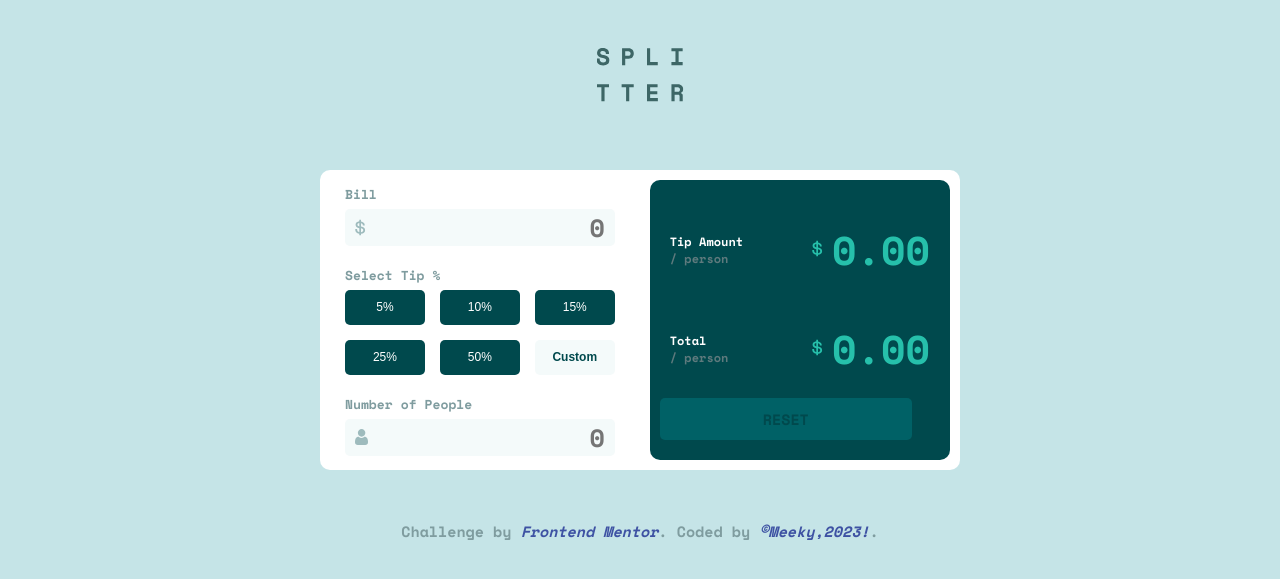
Repository: MeekyBerry/Frontend-Mentor-Challenges
Page: tip-calculator-app/index.html
An editor plug-in stored every save of this project. The page is shown before and after the next save, followed by the edit.
The browser window is 1280 px wide. The pictures show the whole page.

Above is the page before, as saved 2023-04-07 21:27:43.

### tip-calculator-app/index.html
<!DOCTYPE html>
<html lang="en">

<head>
  <meta charset="UTF-8">
  <meta name="viewport" content="width=device-width, initial-scale=1.0">
  <link rel="icon" type="image/png" sizes="32x32" href="./css/images/favicon-32x32.png">
  <title> Tip calculator app</title>
  <link rel="stylesheet" href="./css/style.css">
  <script src="./script.js" defer></script>
</head>

<body>
  <div class="heading-logo">
    <img src="./css/images/logo.svg" alt="Logo" class="logo">
  </div>

  <form id="form" class="background">
    <div class="first-container">
      <div class="first-container__content">
        <label for="bill">Bill</label>
        <input type="number" id="bill" placeholder="0" class="bill-input__img input-bar">
      </div>

      <div class="tip">
        <div class="tip--heading">Select Tip %</div>
        <div class="percent-container">
          <button type="button" class="percent five">5%</button>
          <button type="button" class="percent ten">10%</button>
          <button type="button" class="percent fiftheen">15%</button>
          <button type="button" class="percent twenty-five">25%</button>
          <button type="button" class="percent fifty">50%</button>
          <button type="button" class="percent custom" id="cst-btn">Custom</button>
        </div>
      </div>
      <div class="first-container__content">
        <div class="people-validate">
          <label for="number">Number of People</label>
          <span id="validate" class="people-zero">Can't be zero</span>
        </div>
        <!-- <div class="icon-box"> -->
          <input type="number" id="people" class="people-input__img input-bar" placeholder="0">
        <!-- </div> -->
      </div>
    </div>

    <div class="second-container">
      <div class="amount">
        <p class="total">Tip Amount <span class="person">/ person</span></p>
        <div class="digit">
          <svg xmlns="http://www.w3.org/2000/svg" >
            <path fill="var(--Strong-cyan)"
              d="M6.016 16.328v-1.464c1.232-.08 2.22-.444 2.964-1.092.744-.648 1.116-1.508 1.116-2.58v-.144c0-.992-.348-1.772-1.044-2.34-.696-.568-1.708-.932-3.036-1.092V4.184c.56.144 1.012.4 1.356.768.344.368.516.816.516 1.344v.288h1.824v-.432c0-.448-.088-.876-.264-1.284a3.783 3.783 0 00-.744-1.116A4.251 4.251 0 007.54 2.9a5.324 5.324 0 00-1.524-.492V.872H4.288V2.36a5.532 5.532 0 00-1.416.324c-.448.168-.84.392-1.176.672-.336.28-.604.616-.804 1.008-.2.392-.3.844-.3 1.356v.144c0 .96.316 1.708.948 2.244.632.536 1.548.884 2.748 1.044v3.912c-.704-.16-1.248-.472-1.632-.936-.384-.464-.576-1.08-.576-1.848v-.288H.256v.576c0 .464.08.924.24 1.38.16.456.404.88.732 1.272.328.392.744.728 1.248 1.008s1.108.476 1.812.588v1.512h1.728zM4.288 7.424c-.688-.128-1.164-.332-1.428-.612-.264-.28-.396-.644-.396-1.092 0-.464.176-.832.528-1.104.352-.272.784-.448 1.296-.528v3.336zm1.728 5.712V9.344c.768.128 1.328.328 1.68.6.352.272.528.688.528 1.248 0 .544-.196.984-.588 1.32-.392.336-.932.544-1.62.624z" />
          </svg>
          <span id="tip-amount" class="amount-span">0.00</span>
        </div>
      </div>

      <div class="amount">
        <p class="total">Total <span class="person">/ person</span></p>
        <div class="digit">
          <svg xmlns="http://www.w3.org/2000/svg">
            <path fill="var(--Strong-cyan)"
              d="M6.016 16.328v-1.464c1.232-.08 2.22-.444 2.964-1.092.744-.648 1.116-1.508 1.116-2.58v-.144c0-.992-.348-1.772-1.044-2.34-.696-.568-1.708-.932-3.036-1.092V4.184c.56.144 1.012.4 1.356.768.344.368.516.816.516 1.344v.288h1.824v-.432c0-.448-.088-.876-.264-1.284a3.783 3.783 0 00-.744-1.116A4.251 4.251 0 007.54 2.9a5.324 5.324 0 00-1.524-.492V.872H4.288V2.36a5.532 5.532 0 00-1.416.324c-.448.168-.84.392-1.176.672-.336.28-.604.616-.804 1.008-.2.392-.3.844-.3 1.356v.144c0 .96.316 1.708.948 2.244.632.536 1.548.884 2.748 1.044v3.912c-.704-.16-1.248-.472-1.632-.936-.384-.464-.576-1.08-.576-1.848v-.288H.256v.576c0 .464.08.924.24 1.38.16.456.404.88.732 1.272.328.392.744.728 1.248 1.008s1.108.476 1.812.588v1.512h1.728zM4.288 7.424c-.688-.128-1.164-.332-1.428-.612-.264-.28-.396-.644-.396-1.092 0-.464.176-.832.528-1.104.352-.272.784-.448 1.296-.528v3.336zm1.728 5.712V9.344c.768.128 1.328.328 1.68.6.352.272.528.688.528 1.248 0 .544-.196.984-.588 1.32-.392.336-.932.544-1.62.624z" />
          </svg>
          <span id="total-amount" class="amount-span">0.00</span>
        </div>
      </div>
      <div class="btn-wrapper">
        <button type="reset" id="reset" class="btn">Reset</button>
      </div>
    </div>
  </form>

  <div class="attribution">
    Challenge by <a href="https://www.frontendmentor.io?ref=challenge" target="_blank">Frontend Mentor</a>.
    Coded by <a href="https://www.linkedin.com/in/mikkylanky/" target="_blank">&copy;Meeky,2023!</a>.
  </div>
</body>

</html>

### tip-calculator-app/css/style.css
@import url("https://fonts.googleapis.com/css2?family=Space+Mono:wght@400;700&display=swap");

:root {
  /* ### Primary */
  --Strong-cyan: hsl(172, 67%, 45%);
  /* ### Neutral */
  --Very-dark-cyan: hsl(183, 100%, 15%);
  --Dark-grayish-cyan: hsl(186, 14%, 43%);
  --Grayish-cyan: hsl(184, 14%, 56%);
  --Light-grayish-cyan: hsl(185, 41%, 84%);
  --Very-light-grayish-cyan: hsl(189, 41%, 97%);
  --White: hsl(0, 0%, 100%);
  --dark-blue: hsl(228, 45%, 44%);
}

html {
  font-size: 50%;
}

*,
::before,
::after {
  margin: 0;
  padding: 0;
  box-sizing: border-box;
}

body {
  font-size: 1.8rem;
  font-family: "Space Mono", sans-serif;
  font-weight: 700;
  background-color: var(--Light-grayish-cyan);
  color: var(--Grayish-cyan);
  height: 100%;
  width: 100%;
}

.heading-logo {
  height: 15rem;
  width: 100%;
  position: relative;
}

.logo {
  position: absolute;
  top: 50%;
  left: 50%;
  transform: translate(-50%, -50%);
}

.background {
  display: flex;
  flex-direction: column;
  justify-content: space-around;
  gap: 1rem;
  background-color: var(--White);
  height: 100%;
  width: 60%;
  border-radius: 1rem;
  padding: 2rem 1rem;
  margin: 2rem auto;
  -webkit-border-radius: 1rem;
  -moz-border-radius: 1rem;
  -ms-border-radius: 1rem;
  -o-border-radius: 1rem;
}

.first-container {
  width: 100%;
  display: flex;
  flex-direction: column;
  align-items: center;
}

.first-container__content {
  display: flex;
  flex-direction: column;
  justify-content: center;
  align-items: center;
  gap: .5rem;
  width: 90%;
}

.people-validate {
  display: flex;
  justify-content: space-between;
  align-items: center;
  gap: 1rem;
  width: 100%;
}

.people-zero {
  color: red;
  font-size: 1rem;
  font-family: "Space Mono", sans-serif;
  font-weight: 400;
  align-self: flex-end;
  display: none;
}

label {
  font-size: 1.3rem;
  align-self: flex-start;
}

.input-bar {
  display: flex;
  justify-content: space-between;
  align-items: center;
  width: 100%;
  border: none;
  border-radius: .5rem;
  font-size: 2.5rem;
  font-family: "Space Mono", sans-serif;
  font-weight: 700;
  text-align: end;
  padding: 0 1rem 0 3rem;
}

.input-bar:focus {
  outline-color: var(--Strong-cyan);
}

.bill-input__img {
  background: url(../css/images/icon-dollar.svg) no-repeat var(--Very-light-grayish-cyan) 1rem 1rem;
  padding: 0 1rem 0 3rem;
}

.people-input__img {
  background: url(../css/images/icon-person.svg) no-repeat var(--Very-light-grayish-cyan) 1rem 1rem;
  padding: 0 1rem 0 3rem;
}

/* Remove Arrows/Spinners ON INPUT */
input::-webkit-outer-spin-button,
input::-webkit-inner-spin-button {
  -webkit-appearance: none;
}

/* Firefox */
input[type="number"] {
  -moz-appearance: textfield;
}

.tip {
  padding: 1rem 0;
  width: 90%;
}

.tip--heading {
  font-size: 1.3rem;
  margin-bottom: .5rem;
}

.percent-container {
  display: grid;
  grid-template-columns: repeat(2, 1fr);
  grid-template-rows: repeat(3, 1fr);
  grid-template-areas:
    "five ten"
    "fiftheen twentyFive"
    "fifty custom";
  place-items: center;
  gap: 1.5rem;
}

.percent {
  background-color: var(--Very-dark-cyan);
  color: var(--White);
  text-align: center;
  border: none;
  font-size: 1.2rem;
  width: 100%;
  height: 3.5rem;
  border-radius: .5rem;
  -webkit-border-radius: .5rem;
  -moz-border-radius: .5rem;
  -ms-border-radius: .5rem;
  -o-border-radius: .5rem;
}

.percent:active {
  background-color: var(--Light-grayish-cyan);
  color: var(--Very-dark-cyan);
  font-weight: 700;
}

.five {
  grid-area: five;
}

.ten {
  grid-area: ten;
}

.fiftheen {
  grid-area: fiftheen;
}

.twenty-five {
  grid-area: twentyFive;
}

.fifty {
  grid-area: fifty;
}

.custom {
  grid-area: custom;
  background-color: var(--Very-light-grayish-cyan);
  color: var(--Very-dark-cyan);
  font-weight: 700;
}

.custom-input {
  background-color: var(--Very-light-grayish-cyan);
  color: var(--Very-dark-cyan);
  border: none;
  padding: 0 1rem;
  font-size: 1.5rem;
  font-weight: 700;
  text-align: end;
  width: 100%;
  height: 100%;
  border-radius: .5rem;
  -webkit-border-radius: .5rem;
  -moz-border-radius: .5rem;
  -ms-border-radius: .5rem;
  -o-border-radius: .5rem;
}

.custom-input:focus {
  outline-color: var(--Strong-cyan);
}

.second-container {
  background-color: var(--Very-dark-cyan);
  border-radius: 1rem;
  padding: 2rem 1rem;
  width: 90%;
  margin: 0 auto;
}

.amount {
  display: flex;
  justify-content: space-between;
  align-items: center;
  gap: 1rem;
  padding: 2rem 1rem;
}

.total {
  color: var(--White);
  font-size: 1.2rem;
}

.person {
  display: block;
  font-size: 1.2rem;
  color: var(--Dark-grayish-cyan);
}

.digit {
  display: flex;
  align-items: center;
  justify-content: center;
  /* gap: 1rem; */
}

svg {
  width: 2rem;
  height: 2rem;
}

.amount-span {
  font-size: 4rem;
  color: var(--Strong-cyan);
}

.btn {
  width: 90%;
  padding: 1rem;
  background-color: hsl(183, 100%, 20%);
  color: var(--Very-dark-cyan);
  border: none;
  text-transform: uppercase;
  font-size: 1.5rem;
  font-weight: 700;
  font-family: "Space Mono", sans-serif;
  border-radius: .5rem;
  -webkit-border-radius: .5rem;
  -moz-border-radius: .5rem;
  -ms-border-radius: .5rem;
  -o-border-radius: .5rem;
}

.attribution {
  font-size: 1.5rem;
  text-align: center;
  margin-top: 5rem;
}

.attribution a {
  color: var(--dark-blue);
  text-decoration: none;
  font-style: italic;
}

@media only screen and (min-width: 600px) {
  html {
    font-size: 56.25%
  }

  .background {
    width: 40%;
  }
}

@media only screen and (min-width: 900px) {
  html {
    font-size: 62.5%;
  }

  .background {
    width: 50%;
    height: 50%;
    margin: 2rem auto;
    flex-direction: row;
    gap: 2rem;
    padding: 1rem;
  }

  .first-container {
    display: flex;
    flex-direction: column;
    justify-content: space-around;
    flex-basis: 50%;
  }

  .percent-container {
    grid-template-columns: repeat(3, 1fr);
    grid-template-rows: repeat(2, 1fr);
    grid-template-areas:
      "five ten fiftheen"
      "twentyFive fifty custom";
  }

  .second-container {
    display: flex;
    flex-direction: column;
    flex-basis: 50%;
  }

  .btn-wrapper {
    margin-top: auto;
  }
}

### tip-calculator-app/script.js
// 1. Get the bill amount from the input field
const billInput = document.getElementById("bill");
// 2. Get the tip percentage from the Button array
const tipButtons = document.querySelectorAll(".percent");
// 2.1. The percentage array contains a Custom button which toggles to input field when clicked
const customButton = document.querySelector(".custom");
// 2.2. Get the custom percentage from the input field
const customInput = document.createElement("input");
// Add style class to created customInput element
// customInput.classList.add('custom-input');
// 3. Get the number of people from the input field
const peopleInput = document.getElementById("people");
// 4. Calculate the tip amount per person;
const tipAmountSpan = document.getElementById("tip-amount");
// 5. Calculate the total cost per person
const totalAmountSpan = document.getElementById("total-amount");
// 6. Display the tip amount per person
const resetButton = document.getElementById("reset");
const validatePeople = document.getElementById("validate");

let bill = 0;
let tipPercentage = 0;
let customPercentage = 0;
let people = 0;

let inputPeople = false;
let error = true;

// calculate tip and total amount
const calculateTip = () => {
  if (people > 0) {
    inputPeople = true;
    let tip = (bill * (tipPercentage + customPercentage)) / 100;
    let total = bill + tip;
    let tipPerPerson = tip / people;
    let totalPerPerson = total / people;
    tipAmountSpan.textContent = `${tipPerPerson.toFixed(2)}`;
    totalAmountSpan.textContent = `${totalPerPerson.toFixed(2)}`;
  }
};

// add event listener for bill input
billInput.addEventListener("input", () => {
  bill = Number(billInput.value);
  calculateTip();
  disableReset();
});

// add event listener for people input
peopleInput.addEventListener("input", () => {
  if (peopleInput.value === "0") {
    validatePeople.style.display = "block";
    peopleInput.style.outlineColor = "red";
  } else {
    validatePeople.style.display = "none";
    peopleInput.style.outlineColor = "hsl(172, 67%, 45%)";
    people = Number(peopleInput.value);
    calculateTip();
    disableReset();
  }
});

// add event listeners for tip buttons
tipButtons.forEach((button) => {
  button.addEventListener("click", () => {
    if (button.classList.contains("custom")) {
      customInput.type = "number";
      customInput.value = "";
      customInput.classList.add("custom-input");
      if (button.parentNode) {
        button.parentNode.replaceChild(customInput, button);
        customInput.focus();
      }
    } else {
      tipPercentage = Number(button.textContent.replace("%", ""));
      calculateTip();
    }
  });
});

// add event listener for custom input
customInput.addEventListener("input", () => {
  customPercentage = Number(customInput.value);
  calculateTip();
});

// add event listener for reset button
resetButton.addEventListener("click", () => {
  billInput.value = "";
  peopleInput.value = "";
  tipAmountSpan.textContent = "0.00";
  totalAmountSpan.textContent = "0.00";
  bill = 0;
  tipPercentage = 0;
  customPercentage = 0;
  people = 0;
  if (customInput.parentNode) {
    customInput.parentNode.replaceChild(customButton, customInput);
  }
  resetButton.disabled = true;
  disableReset();
  validatePeople.style.display = "none";
});

// disable reset button
const disableReset = () => {
  if (billInput.value.trim() === "" && peopleInput.value.trim() === "") {
    resetButton.disabled = true;
    resetButton.style.backgroundColor = "hsl(183, 100%, 25%)";
  } else {
    resetButton.disabled = false;
    resetButton.style.backgroundColor = "hsl(172, 67%, 45%)";
  }
};

// add event listeners for reset button for the active state
resetButton.addEventListener("mousedown", () => {
  resetButton.style.backgroundColor = "hsl(185, 41%, 84%)";
});

resetButton.addEventListener("mouseup", () => {
  resetButton.style.backgroundColor = "hsl(183, 100%, 25%)";
});

After the next save:
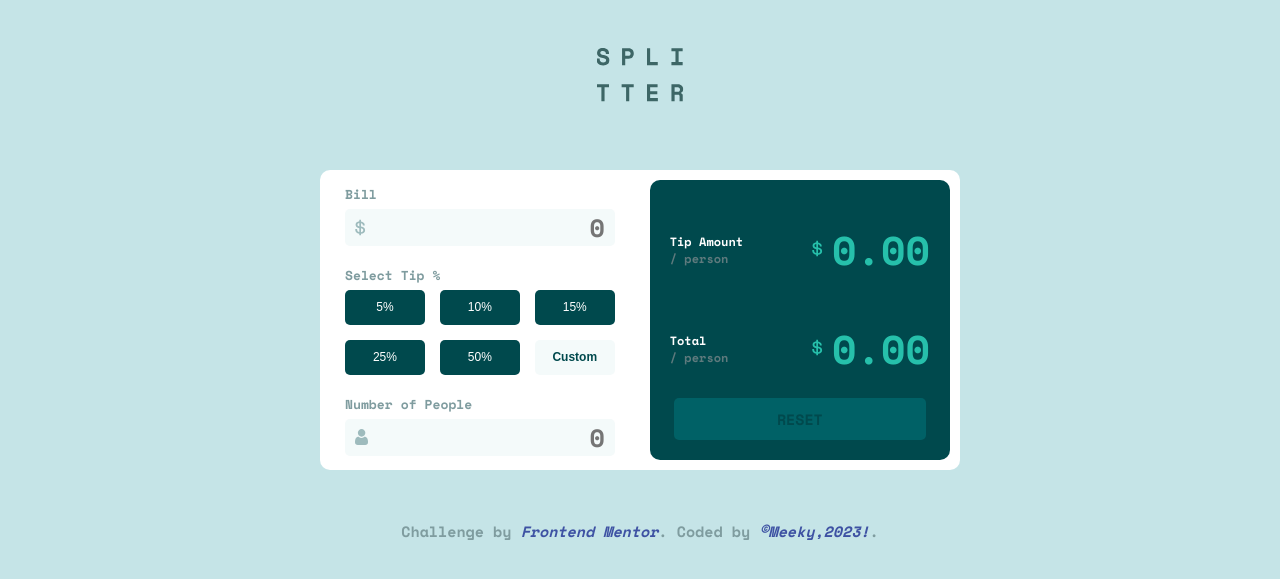
Saved 53 s later.
--- a/tip-calculator-app/css/style.css
+++ b/tip-calculator-app/css/style.css
@@ -277,6 +277,13 @@ svg {
   color: var(--Strong-cyan);
 }
 
+.btn-wrapper {
+  display: flex;
+  justify-content: center;
+  align-items: center;
+  margin-top: 2rem;
+}
+
 .btn {
   width: 90%;
   padding: 1rem;
